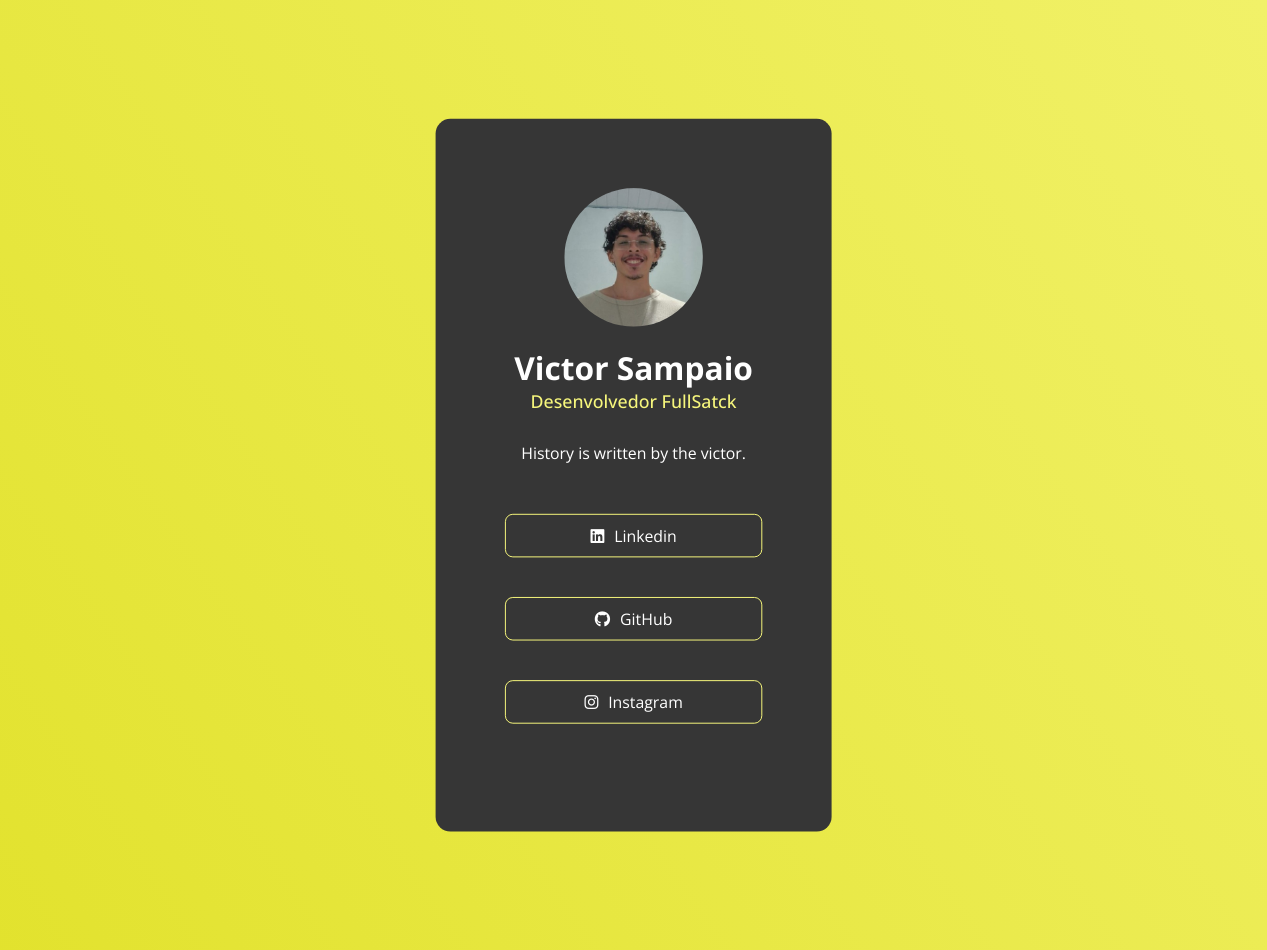
Repository: VictorSampaioDev/linkthree-gt9
Page: index.html
The author's editor kept a copy of each file at every save. The page is drawn from the files as they stood at one save, then again after the next save.
The browser window is 1280 px wide. The pictures show the whole page, at 99% of full size.

Above is the page before, as saved 2025-04-11 16:19:08.

### index.html
<!DOCTYPE html>
<html lang="pt-br">
<head>
    <meta charset="UTF-8">
    <meta name="viewport" content="width=device-width, initial-scale=1.0">
    <title>linkthree JV</title>
    <link rel="stylesheet" href="style.css">
    <link rel="icon" type="image/png" href="assets/psyduck1.png">
    <link rel="preconnect" href="https://fonts.googleapis.com">
    <link rel="preconnect" href="https://fonts.gstatic.com" crossorigin>
    <link href="https://fonts.googleapis.com/css2?family=Open+Sans:ital,wght@0,300..800;1,300..800&display=swap" rel="stylesheet">
    <link rel="stylesheet" href="https://cdnjs.cloudflare.com/ajax/libs/font-awesome/6.5.0/css/all.min.css">
</head>
<body>
    <div class="container-main">
<!-- imagem -->
        <div class="container-image">
            <img src="./assets/image-profile.jpeg" alt="Foto de Perfil">
        </div>
<!-- Titulos -->
      <div class="container-infos">
        <h1>Victor Sampaio</h1>
        <h2>Desenvolvedor FullSatck</h2>
      </div>
<!-- Paragrafo -->
      <div class="container-paragrafo">
        <p>
            History is written by the victor.
        </p>
      </div>
<!-- lista estilizada ("botões") -->
      <div class="container-social-links">
        <ul>
                <a href="https://www.linkedin.com/in/joao-victor-sampaio-30a556355/" target="_blank">
                    <li>
                        <!-- icone -->
                        <i class="fa-brands fa-linkedin"></i>
                        <!-- paragrafo -->
                        <p>Linkedin</p>
                    </li>
                </a>

                <a href="https://github.com/VictorSampaioDev" target="_blank">
                   <li>
                    <i class="fa-brands fa-github"></i>
                    <p>GitHub</p>
                   </li>
                </a>

                <a href="https://www.instagram.com/jovetorr" target="_blank">
                   <li>
                    <i class="fa-brands fa-instagram"></i>
                    <p>Instagram</p>
                   </li>
                </a>
        </ul>
    </div>
</body>
</html>

### style.css

@import url("./effects.css");

* {
    font-family: "Open Sans", sans-serif;
    margin: 0;
    padding: 0;
    box-sizing: border-box;
}
body{
    background: linear-gradient(55deg, rgb(224, 224, 37) 0%, rgb(246, 246, 124, 1) 50%,rgb(164, 162, 36) 100%);
    animation: gradientShift 6s ease infinite;
    background-size: 400%;

}
.container-main{
    background-color: #363636;
    width: 400px;
    height: 720px;
    box-sizing: border-box;
    margin: 120px auto;
    padding: 70px;
    border-radius: 15px;
    text-align: center;
}
.container-image{

    & img{
       width: 140px;
       border-radius: 100%;
    }
}
.container-infos{
    margin-top: 15px;
    margin-bottom: 10px;
}
.container-infos h1{
    font-weight: 700;
    color: white;
}
.container-infos h2{
    font-weight: 500;
    font-size: 18px;
    color: rgb(246, 246, 124);
}
.container-paragrafo{
    margin-top: 30px;
    color: white;
    margin-bottom: 50px;
}
.container-social-links ul {
    display: flex;
    flex-direction: column;
    gap: 40px;
}
.container-social-links li {
    display: flex;
    justify-content: center;
    gap: 10px;
    align-items: center;
    border: 1px solid rgb(246, 246, 124);
    border-radius: 8px;
    padding: 10px;
    transition: background-color 0.3s;


    &:hover{
        background-color: rgb(246, 246, 124);
    }
  }

.container-social-links a {
    text-decoration: none;
    color: white;
    transition: color 0.3s;

    &:hover{
        color: black;
    }
}

### effects.css
@keyframes gradientShift{
    0% { background-position: 0% 50%; }
    50% { background-position: 100% 50%; }
    100% { background-position: 0% 50%; }
}

After the next save:
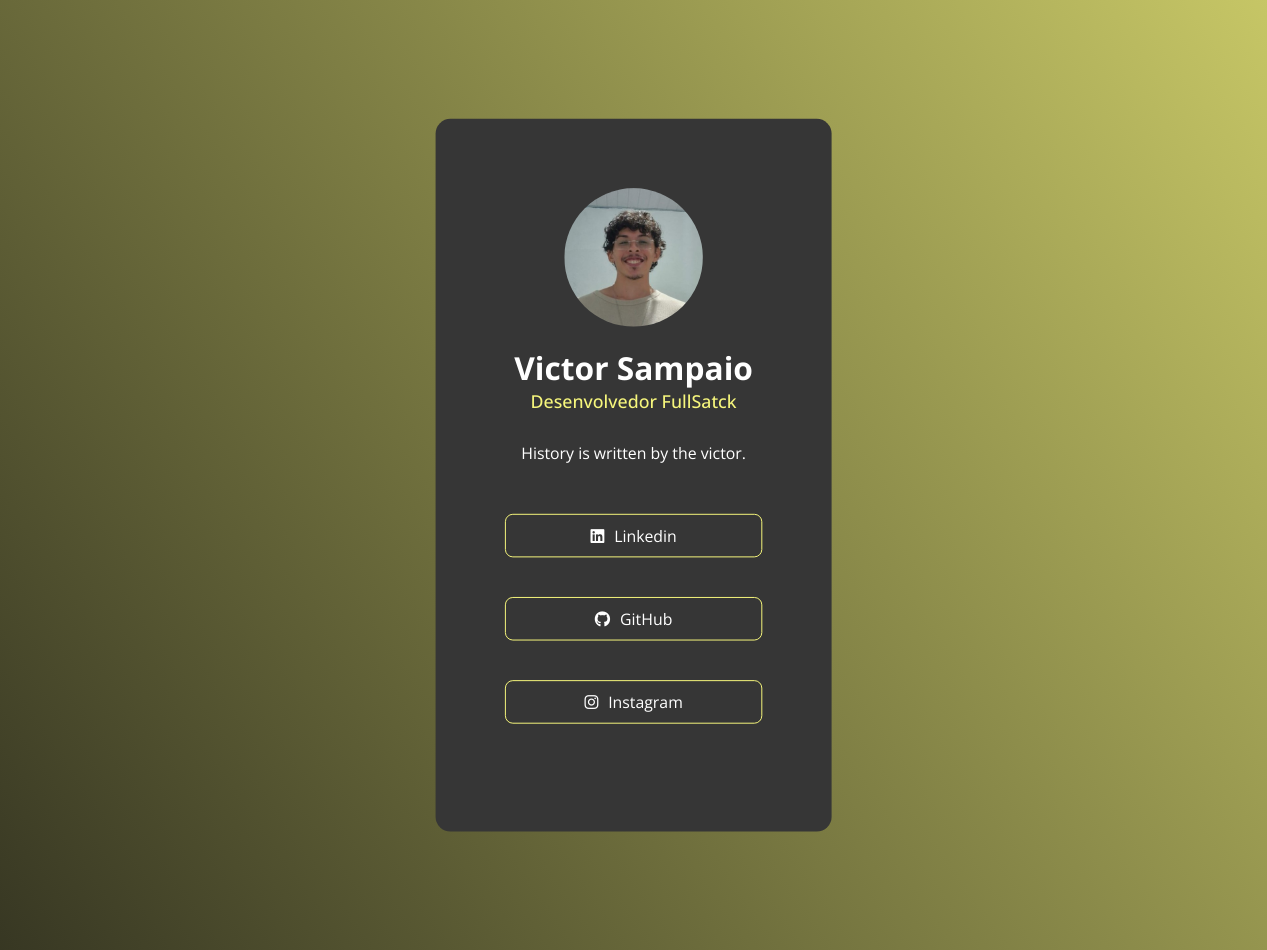
Saved 18 s later.
--- a/style.css
+++ b/style.css
@@ -8,7 +8,7 @@
     box-sizing: border-box;
 }
 body{
-    background: linear-gradient(55deg, rgb(224, 224, 37) 0%, rgb(246, 246, 124, 1) 50%,rgb(164, 162, 36) 100%);
+    background: linear-gradient(55deg, rgb(34, 34, 25) 0%, rgb(246, 246, 124, 1) 50%,rgb(164, 162, 36) 100%);
     animation: gradientShift 6s ease infinite;
     background-size: 400%;
 
